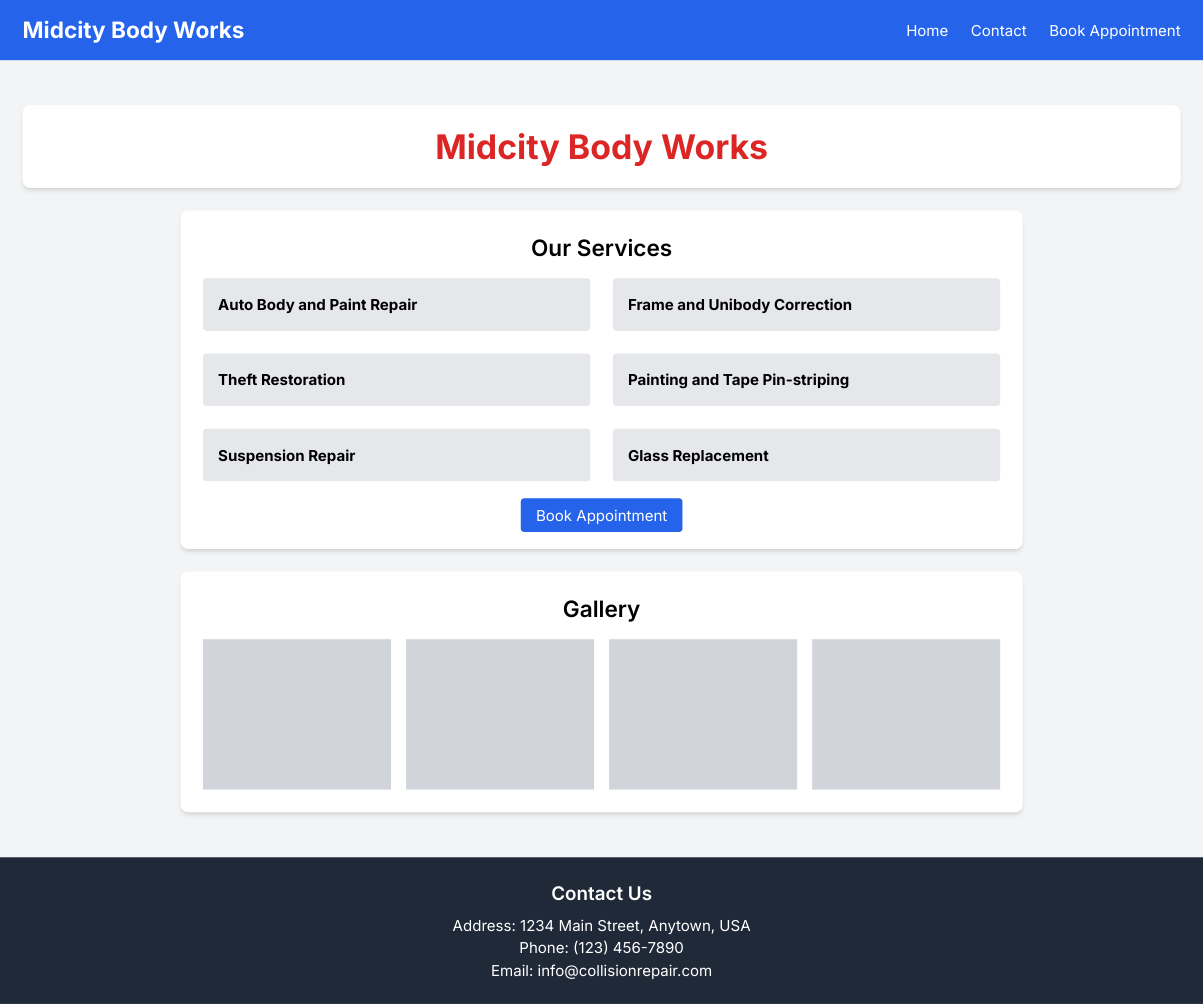
Repository: kayacancode/midcitybodyworks
Page: /
The author's editor kept a copy of each file at every save. The page is drawn from the files as they stood at one save, then again after the next save.
The browser window is 1280 px wide. The pictures show the whole page, at 94% of full size.
The project was rebuilt for these pictures with package versions that can differ from the ones it lists, and the page was loaded fresh each time. The framework's server and built-in components were replaced by stand-ins that run in the browser. Also part of the build but not shown: next.config.mjs.

Above is the page before, as saved 2024-06-29 12:06:03.

### src/app/page.js
import Image from "next/image";

export default function Home() {
  return (
    <div className="min-h-screen bg-gray-100 flex flex-col">
      {/* Navigation Bar */}
      <header className="bg-blue-600 text-white w-full py-4 flex justify-between items-center px-6">
        <div className="text-2xl font-bold">Midcity Body Works</div>
        <nav>
          <ul className="flex space-x-6">
            <li><a href="#home" className="hover:underline">Home</a></li>
            <li><a href="#contact" className="hover:underline">Contact</a></li>
            <li><a href="#appointment" className="hover:underline">Book Appointment</a></li>
          </ul>
        </nav>
      </header>

      {/* Hero Section */}
      <main className="flex flex-col items-center p-6">
        <section id="home" className="w-full bg-white p-6 rounded-lg shadow-md mt-6 text-center">
          <h1 className="text-4xl font-bold text-red-600">Midcity Body Works</h1>
        </section>

        {/* Our Services Section */}
        <section className="w-full max-w-4xl bg-white p-6 rounded-lg shadow-md mt-6">
          <h2 className="text-2xl font-semibold mb-4 text-center">Our Services</h2>
          <div className="grid grid-cols-1 sm:grid-cols-2 gap-6">
            <div className="bg-gray-200 p-4 rounded">
              <h3 className="font-bold">Auto Body and Paint Repair</h3>
            </div>
            <div className="bg-gray-200 p-4 rounded">
              <h3 className="font-bold">Frame and Unibody Correction</h3>
            </div>
            <div className="bg-gray-200 p-4 rounded">
              <h3 className="font-bold">Theft Restoration</h3>
            </div>
            <div className="bg-gray-200 p-4 rounded">
              <h3 className="font-bold">Painting and Tape Pin-striping</h3>
            </div>
            <div className="bg-gray-200 p-4 rounded">
              <h3 className="font-bold">Suspension Repair</h3>
            </div>
            <div className="bg-gray-200 p-4 rounded">
              <h3 className="font-bold">Glass Replacement</h3>
            </div>
          </div>
          <div className="text-center mt-6">
            <a href="#appointment" className="bg-blue-600 text-white px-4 py-2 rounded hover:bg-blue-700">Book Appointment</a>
          </div>
        </section>

        {/* Placeholder Photo Section */}
        <section className="w-full max-w-4xl bg-white p-6 rounded-lg shadow-md mt-6">
          <h2 className="text-2xl font-semibold mb-4 text-center">Gallery</h2>
          <div className="grid grid-cols-2 sm:grid-cols-4 gap-4">
            <div className="bg-gray-300 h-40"></div>
            <div className="bg-gray-300 h-40"></div>
            <div className="bg-gray-300 h-40"></div>
            <div className="bg-gray-300 h-40"></div>
          </div>
        </section>
      </main>

      {/* Footer */}
      <footer className="bg-gray-800 text-white w-full py-6 mt-6">
        <div className="text-center">
          <h3 className="text-xl font-semibold mb-2">Contact Us</h3>
          <p>Address: 1234 Main Street, Anytown, USA</p>
          <p>Phone: (123) 456-7890</p>
          <p>Email: info@collisionrepair.com</p>
        </div>
      </footer>
    </div>
  );
}

Loaded but not shown: src/app/layout.js (common file); src/app/globals.css (common file); tailwind.config.js (common file)

After the next save:
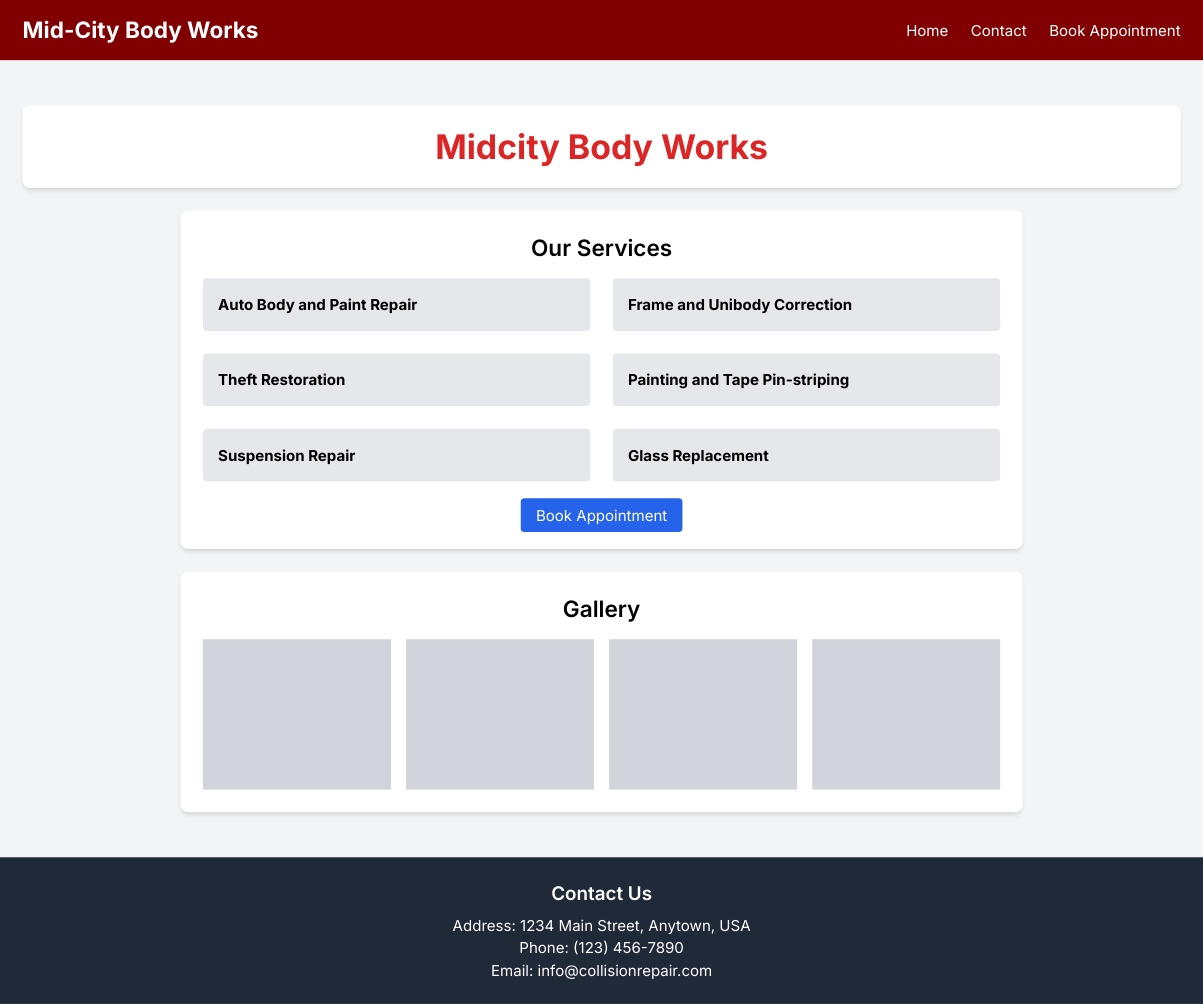
Saved 56 s later.
--- a/src/app/page.js
+++ b/src/app/page.js
@@ -4,8 +4,8 @@ export default function Home() {
   return (
     <div className="min-h-screen bg-gray-100 flex flex-col">
       {/* Navigation Bar */}
-      <header className="bg-blue-600 text-white w-full py-4 flex justify-between items-center px-6">
-        <div className="text-2xl font-bold">Midcity Body Works</div>
+      <header className="bg-[#800001] text-white w-full py-4 flex justify-between items-center px-6">
+        <div className="text-2xl font-bold">Mid-City Body Works</div>
         <nav>
           <ul className="flex space-x-6">
             <li><a href="#home" className="hover:underline">Home</a></li>
